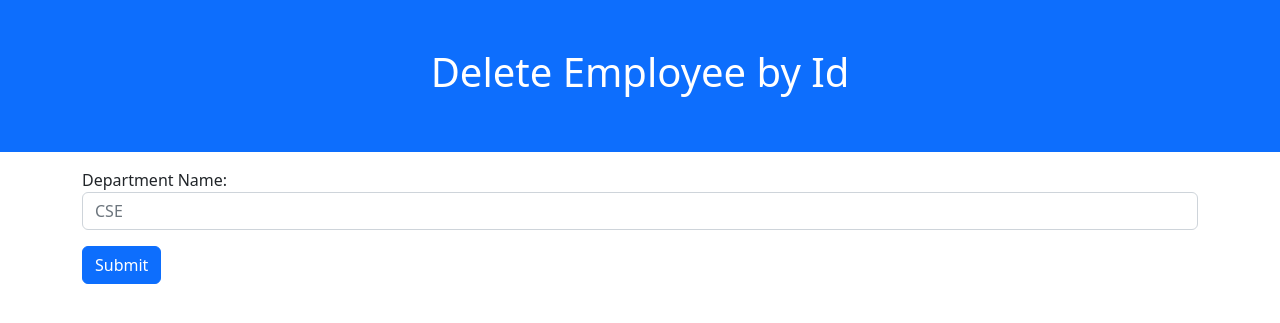
Repository: Rishicollinz/Java_Fullstack
Page: Eclipse 2/jspproject/src/main/webapp/delete/delete.html
The author's editor kept a copy of each file at every save. The page is drawn from the files as they stood at one save, then again after the next save.
The browser window is 1280 px wide. The pictures show the whole page.

Above is the page before, as saved 2023-05-18 17:36:53.

### Eclipse 2/jspproject/src/main/webapp/delete/delete.html
<!DOCTYPE html>
<html>
<head>
<meta charset="UTF-8">
<title>Delete Employee</title>

<link href="https://cdn.jsdelivr.net/npm/bootstrap@5.2.3/dist/css/bootstrap.min.css" rel="stylesheet">
<script src="https://cdn.jsdelivr.net/npm/bootstrap@5.2.3/dist/js/bootstrap.bundle.min.js"></script>

</head>
<body>

<div class="container-fluid p-5 bg-primary text-white text-center">
  <h1>Delete Employee by Id</h1>
</div>

<div class="container mt-3">
  <form action="bydept.jsp" method="post">
    <div class="mb-3 mt-3">
      <label for="deptName">Department Name:</label>
      <input type="text" class="form-control"  placeholder="CSE" name="deptName">
    </div>
    <button type="submit" class="btn btn-primary">Submit</button>
  </form>
</div>


</body>
</html>

After the next save:
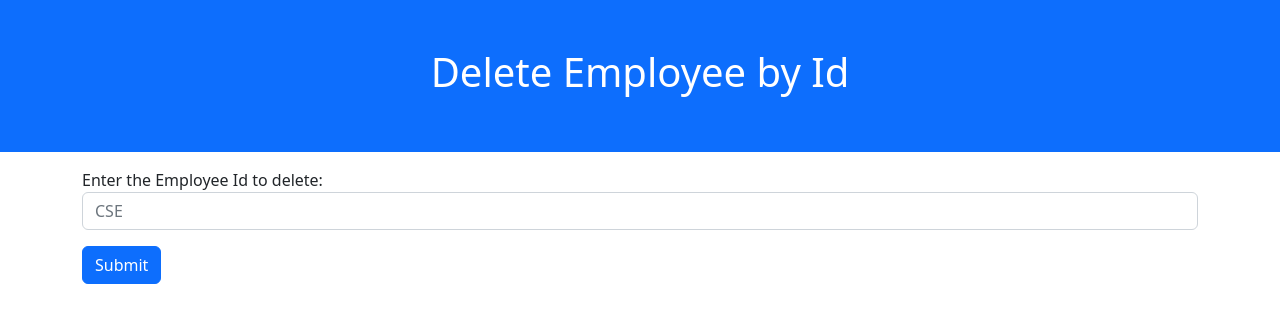
Saved 47 s later.
--- a/Eclipse 2/jspproject/src/main/webapp/delete/delete.html
+++ b/Eclipse 2/jspproject/src/main/webapp/delete/delete.html
@@ -15,10 +15,10 @@
 </div>
 
 <div class="container mt-3">
-  <form action="bydept.jsp" method="post">
+  <form action="delete.jsp" method="post">
     <div class="mb-3 mt-3">
-      <label for="deptName">Department Name:</label>
-      <input type="text" class="form-control"  placeholder="CSE" name="deptName">
+      <label for="empId">Enter the Employee Id to delete:</label>
+      <input type="text" class="form-control"  placeholder="CSE" name="empId">
     </div>
     <button type="submit" class="btn btn-primary">Submit</button>
   </form>
